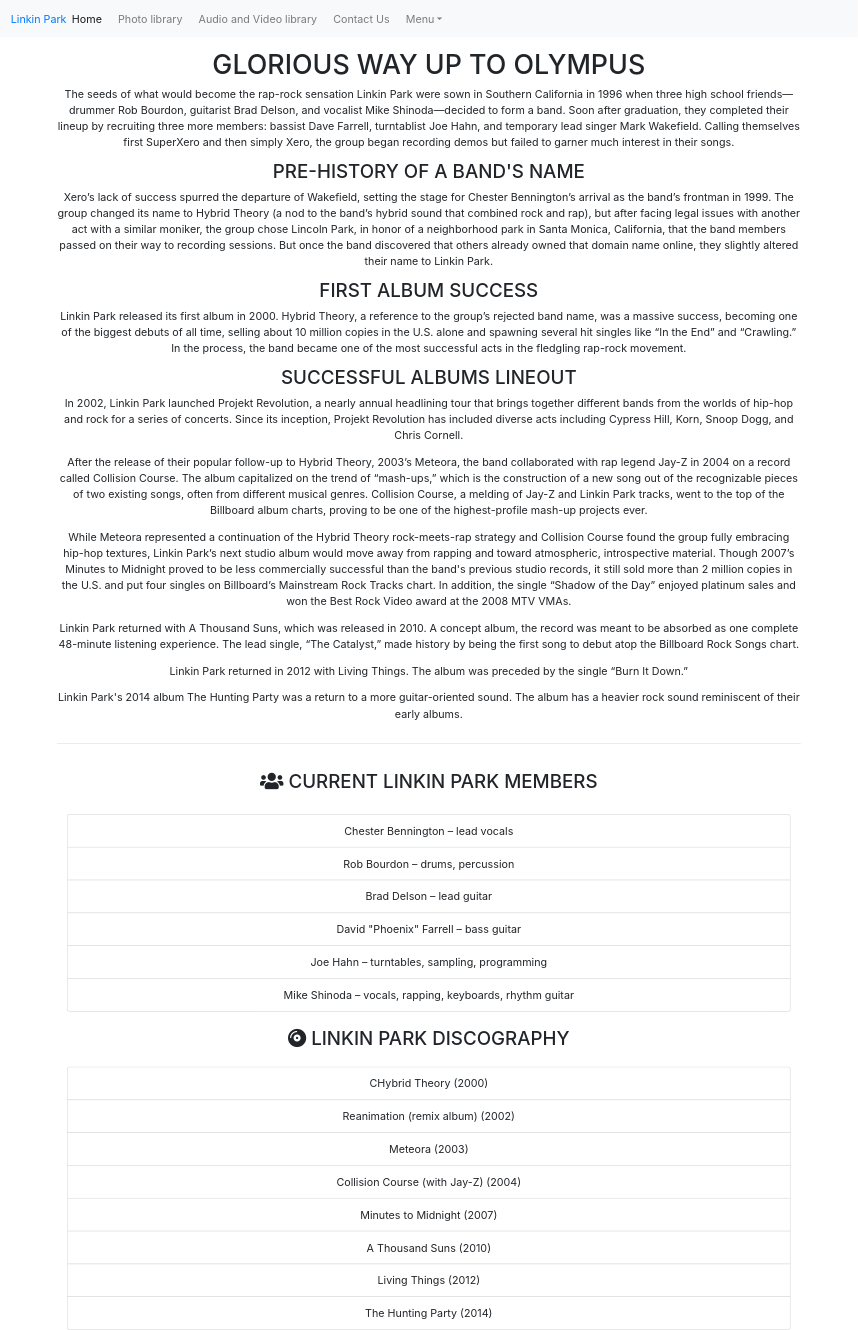
Repository: vaida898/website
Page: index.html
The author's editor kept a record of every edit. The page is drawn from the files as they stood at one moment, then again after the next edit.
The browser window is 1280 px wide. The pictures show the whole page, at 67% of full size.
Some web libraries are served in a nearby version.

Above is the page before.
Console error: TypeError: Cannot read properties of undefined (reading 'fn')

### index.html
<!DOCTYPE html>
<html lang="en">

<head>
    <meta charset="UTF-8">
    <meta name="viewport" content="width=device-width, initial-scale=1.0">
    <meta http-equiv="X-UA-Compatible" content="ie=edge">
    <title>LinkinPark website</title>
</head>
<link rel="stylesheet" href="https://stackpath.bootstrapcdn.com/bootstrap/4.3.1/css/bootstrap.min.css" integrity="sha384-ggOyR0iXCbMQv3Xipma34MD+dH/1fQ784/j6cY/iJTQUOhcWr7x9JvoRxT2MZw1T" crossorigin="anonymous">
<script src="https://stackpath.bootstrapcdn.com/bootstrap/4.3.1/js/bootstrap.min.js" integrity="sha384-JjSmVgyd0p3pXB1rRibZUAYoIIy6OrQ6VrjIEaFf/nJGzIxFDsf4x0xIM+B07jRM" crossorigin="anonymous"></script>
<link rel="stylesheet" href="https://use.fontawesome.com/releases/v5.6.1/css/all.css" integrity="sha384-gfdkjb5BdAXd+lj+gudLWI+BXq4IuLW5IT+brZEZsLFm++aCMlF1V92rMkPaX4PP" crossorigin="anonymous">

<body>
    <nav class="navbar navbar-light bg-light navbar-expand-sm">
        <a href="/" class="navbar-name">Linkin Park</a>

        <button class="navbar-toggler ml-auto" type="button" data-toggle="collapse" data-target="#navbarNavDropdown" aria-controls="navbarNavDropdown" aria-expanded="false" aria-label="Toggle navigation">
        <span class="navbar-toggler-icon"></span></button>

        <div class="collapse navbar-collapse" id="navbarNavDropdown">
            <ul class="navbar-nav mr-auto">
                <li class="active nav-item mr-2"><a class="nav-link" href="/">Home</a></li>
                <li class="nav-item mr-2"><a class="nav-link" href="/Photo library">Photo library</a></li>
                <li class="nav-item mr-2"><a class="nav-link" href="/Audio and Video library">Audio and Video library</a></li>
                <li class="nav-item mr-2"><a class="nav-link" href="/Contact Us">Contact Us</a></li>
                <li class="nav-item dropdown">
                    <a class="nav-link dropdown-toggle" href="#" id="navbarDropdownMenuLink" role="button" data-toggle="dropdown" aria-haspopup="true" aria-expanded="false">Menu</a>
                    <div class="dropdown-menu" aria-labelledby="navbarDropdownMenuLink">
                        <a class="dropdown-item" href="#">Irish</a>
                        <a class="dropdown-item" href="#">Scotch</a>
                        <a class="dropdown-item" href="#">Japanese</a>
                        <a class="dropdown-item" href="#">American</a>
                    </div>
                </li>
            </ul>
        </div>
    </nav>

    <article class="container mt-3">
        <div class="row">
            <div class="col-12">
                <section class="About Us text-center">
                    <h1 class="text-uppercase">Glorious way up to olympus</h1>
                    <p>The seeds of what would become the rap-rock sensation Linkin Park were sown in Southern California in 1996 when three high school friends—drummer Rob Bourdon, guitarist Brad Delson, and vocalist Mike Shinoda—decided to form a band.
                        Soon after graduation, they completed their lineup by recruiting three more members: bassist Dave Farrell, turntablist Joe Hahn, and temporary lead singer Mark Wakefield. Calling themselves first SuperXero and then simply Xero,
                        the group began recording demos but failed to garner much interest in their songs.</p>

                    <h3 class="text-uppercase">Pre-history of a band's name</h3>
                    <p>Xero’s lack of success spurred the departure of Wakefield, setting the stage for Chester Bennington’s arrival as the band’s frontman in 1999. The group changed its name to Hybrid Theory (a nod to the band’s hybrid sound that combined
                        rock and rap), but after facing legal issues with another act with a similar moniker, the group chose Lincoln Park, in honor of a neighborhood park in Santa Monica, California, that the band members passed on their way to recording
                        sessions. But once the band discovered that others already owned that domain name online, they slightly altered their name to Linkin Park.</p>

                    <h3 class="text-uppercase">First Album success</h3>
                    <p>Linkin Park released its first album in 2000. Hybrid Theory, a reference to the group’s rejected band name, was a massive success, becoming one of the biggest debuts of all time, selling about 10 million copies in the U.S. alone and
                        spawning several hit singles like “In the End” and “Crawling.” In the process, the band became one of the most successful acts in the fledgling rap-rock movement.</p>

                    <h3 class="text-uppercase">Successful albums lineout</h3>
                    <p>In 2002, Linkin Park launched Projekt Revolution, a nearly annual headlining tour that brings together different bands from the worlds of hip-hop and rock for a series of concerts. Since its inception, Projekt Revolution has included
                        diverse acts including Cypress Hill, Korn, Snoop Dogg, and Chris Cornell.</p>

                    <p>After the release of their popular follow-up to Hybrid Theory, 2003’s Meteora, the band collaborated with rap legend Jay-Z in 2004 on a record called Collision Course. The album capitalized on the trend of “mash-ups,” which is the
                        construction of a new song out of the recognizable pieces of two existing songs, often from different musical genres. Collision Course, a melding of Jay-Z and Linkin Park tracks, went to the top of the Billboard album charts, proving
                        to be one of the highest-profile mash-up projects ever.</p>

                    <p>While Meteora represented a continuation of the Hybrid Theory rock-meets-rap strategy and Collision Course found the group fully embracing hip-hop textures, Linkin Park’s next studio album would move away from rapping and toward atmospheric,
                        introspective material. Though 2007’s Minutes to Midnight proved to be less commercially successful than the band's previous studio records, it still sold more than 2 million copies in the U.S. and put four singles on Billboard’s
                        Mainstream Rock Tracks chart. In addition, the single “Shadow of the Day” enjoyed platinum sales and won the Best Rock Video award at the 2008 MTV VMAs.</p>

                    <p>Linkin Park returned with A Thousand Suns, which was released in 2010. A concept album, the record was meant to be absorbed as one complete 48-minute listening experience. The lead single, “The Catalyst,” made history by being the
                        first song to debut atop the Billboard Rock Songs chart.</p>

                    <p>Linkin Park returned in 2012 with Living Things. The album was preceded by the single “Burn It Down.”</p>

                    <p>Linkin Park's 2014 album The Hunting Party was a return to a more guitar-oriented sound. The album has a heavier rock sound reminiscent of their early albums.</p>
                </section>
            </div>
        </div>

        <hr>


        <section class="Band members text-center">
            <div class="row">
                <div class="col-12 col-md-12 my-4">
                    <h3 class="text-uppercase"><i class="fas fa-users"></i> Current Linkin Park members</h3>
                </div>
            </div>
            <div class="col-12 col-md-12">
                <ul class="list-group">
                    <li class="list-group-item">Chester Bennington – lead vocals</li>
                    <li class="list-group-item">Rob Bourdon – drums, percussion</li>
                    <li class="list-group-item">Brad Delson – lead guitar</li>
                    <li class="list-group-item">David "Phoenix" Farrell – bass guitar</li>
                    <li class="list-group-item">Joe Hahn – turntables, sampling, programming</li>
                    <li class="list-group-item">Mike Shinoda – vocals, rapping, keyboards, rhythm guitar</li>
                </ul>
            </div>
        </section>

        <section class="Band discography text-center">
            <div class="col-12 col-md-12 my-4">
                <h3 class="text-uppercase"><i class="fas fa-compact-disc"></i> Linkin Park discography</h3>
            </div>
            <div class="col-12 col-md-12">
                <ul class="list-group">
                    <li class="list-group-item">CHybrid Theory (2000)</li>
                    <li class="list-group-item">Reanimation (remix album) (2002)</li>
                    <li class="list-group-item">Meteora (2003)</li>
                    <li class="list-group-item">Collision Course (with Jay-Z) (2004)</li>
                    <li class="list-group-item">Minutes to Midnight (2007)</li>
                    <li class="list-group-item">A Thousand Suns (2010)</li>
                    <li class="list-group-item">Living Things (2012)</li>
                    <li class="list-group-item">The Hunting Party (2014)</li>
                </ul>
            </div>
        </section>

    </article>

    <script src="https://code.jquery.com/jquery-3.3.1.slim.min.js" integrity="sha384-q8i/X+965DzO0rT7abK41JStQIAqVgRVzpbzo5smXKp4YfRvH+8abtTE1Pi6jizo" crossorigin="anonymous"></script>
    <script src="https://cdnjs.cloudflare.com/ajax/libs/popper.js/1.14.7/umd/popper.min.js" integrity="sha384-UO2eT0CpHqdSJQ6hJty5KVphtPhzWj9WO1clHTMGa3JDZwrnQq4sF86dIHNDz0W1" crossorigin="anonymous"></script>
    <script src="https://stackpath.bootstrapcdn.com/bootstrap/4.3.1/js/bootstrap.min.js" integrity="sha384-JjSmVgyd0p3pXB1rRibZUAYoIIy6OrQ6VrjIEaFf/nJGzIxFDsf4x0xIM+B07jRM" crossorigin="anonymous"></script>

</body>

</html>

After the next edit:
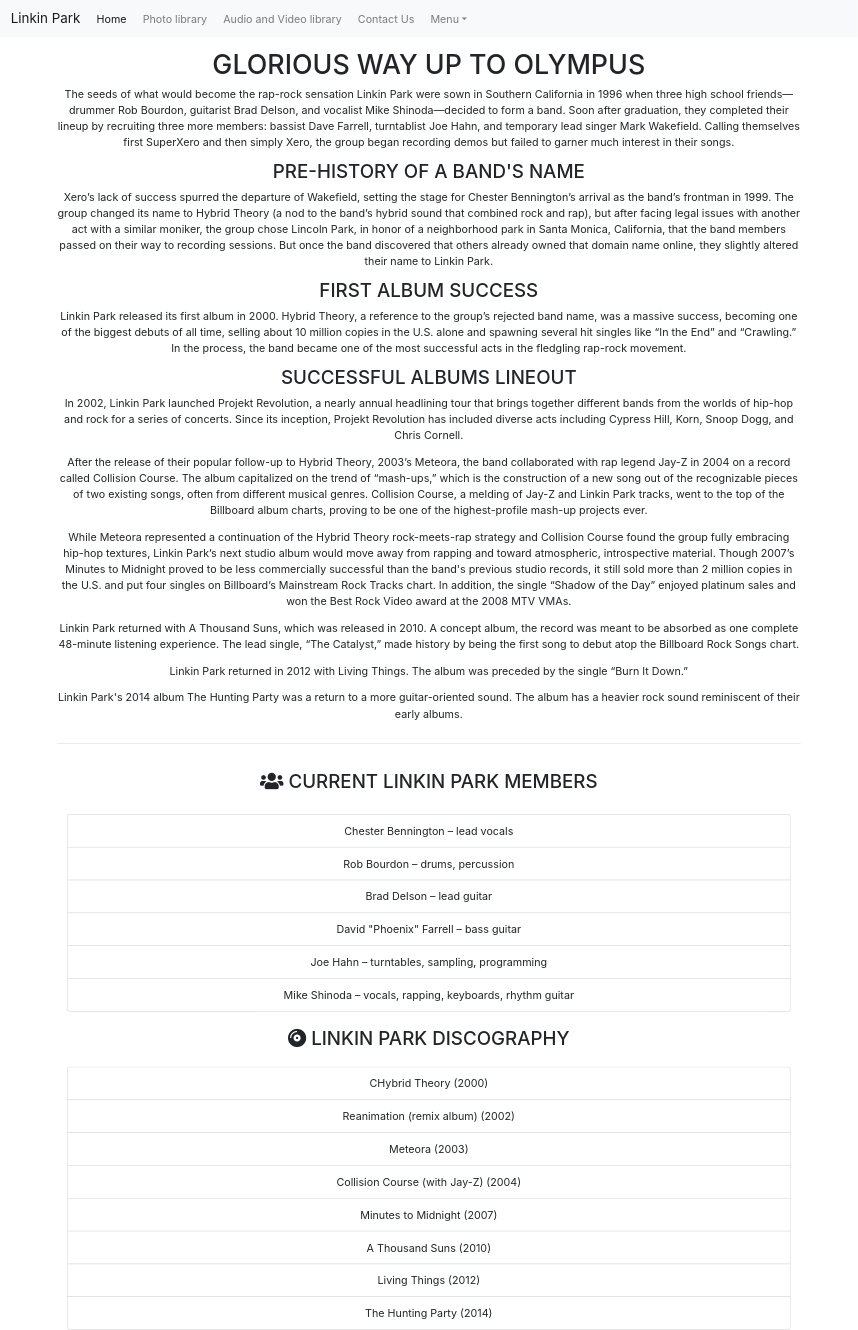
The edit:
--- a/index.html
+++ b/index.html
@@ -13,7 +13,7 @@
 
 <body>
     <nav class="navbar navbar-light bg-light navbar-expand-sm">
-        <a href="/" class="navbar-name">Linkin Park</a>
+        <a href="/" class="navbar-brand">Linkin Park</a>
 
         <button class="navbar-toggler ml-auto" type="button" data-toggle="collapse" data-target="#navbarNavDropdown" aria-controls="navbarNavDropdown" aria-expanded="false" aria-label="Toggle navigation">
         <span class="navbar-toggler-icon"></span></button>
